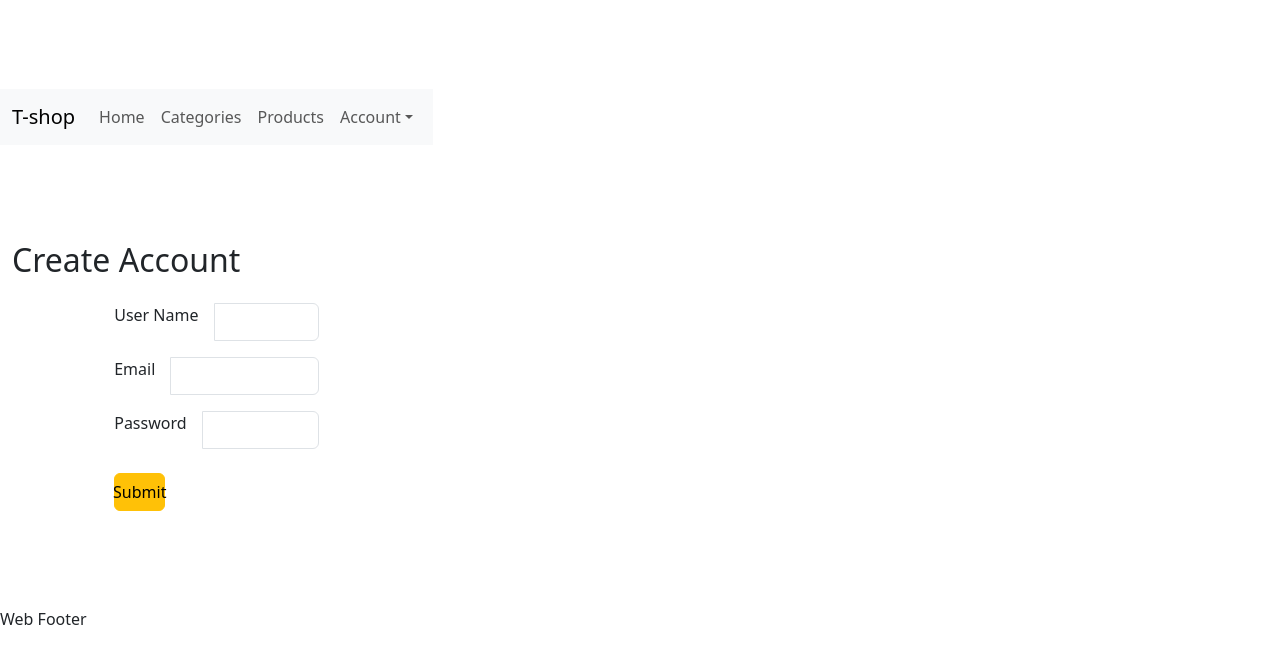
Repository: HadelAbdellatif/ecommerce1
Page: /register
An editor plug-in stored every save of this project. The page is shown before and after the next save, followed by the edit.
The browser window is 1280 px wide. The pictures show the whole page.
The project was rebuilt for these pictures with package versions that can differ from the ones it lists, and the page was loaded fresh each time. Also part of the build but not shown: vite.config.js, src/components/web/home/Home.jsx, src/components/web/categories/Categories.jsx, src/components/dashboard/navbar/Navbar.jsx, src/components/dashboard/footer/Footer.jsx, src/layouts/DashboardLayout.jsx, src/components/dashboard/home/Home.jsx, src/components/dashboard/categories/Categories.jsx.

Above is the page before, as saved 2023-11-25 15:17:14.

After the next save:
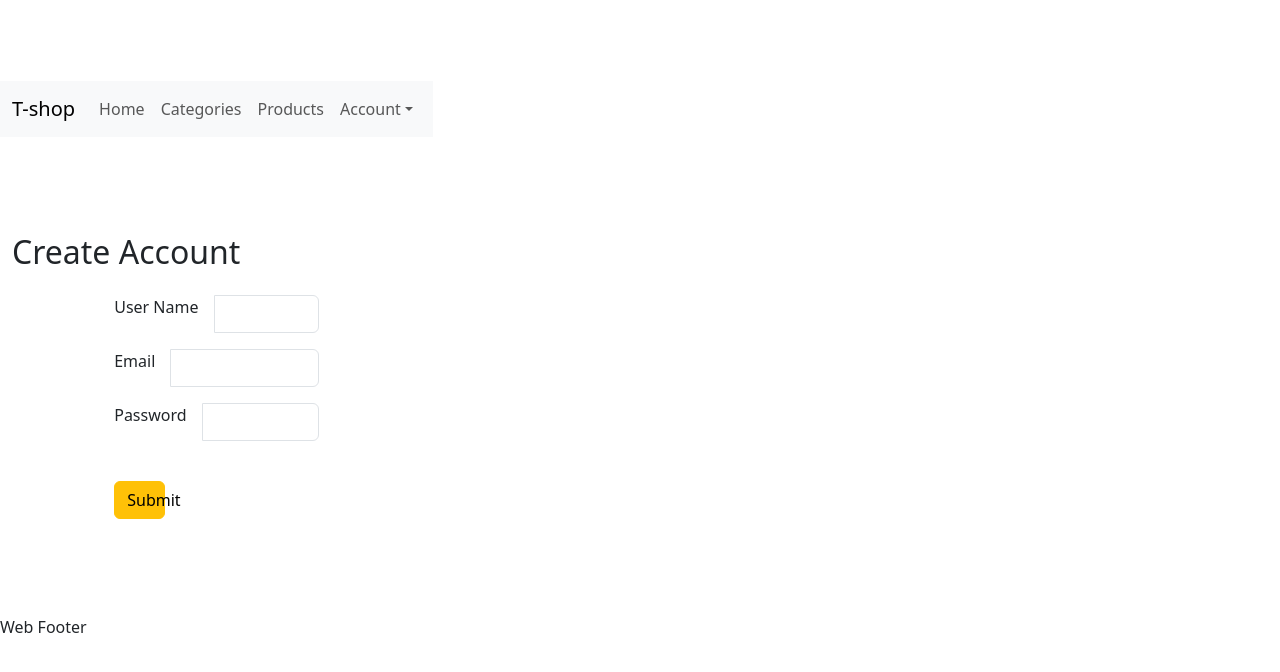
Saved 11 s later.
--- a/src/components/web/register/Register.jsx
+++ b/src/components/web/register/Register.jsx
@@ -89,7 +89,7 @@ export default function Register() {
 
                         {renderInputs}
 
-                        <button type='submit' disabled={!formik.isValid} className='btn btn-warning w-25 mt-4 d-flex justify-content-center align-items-center'>Submit</button>
+                        <button type='submit' disabled={!formik.isValid} className='btn btn-warning w-25 mt-4 '>Submit</button>
 
                     </form>
                 </div>
